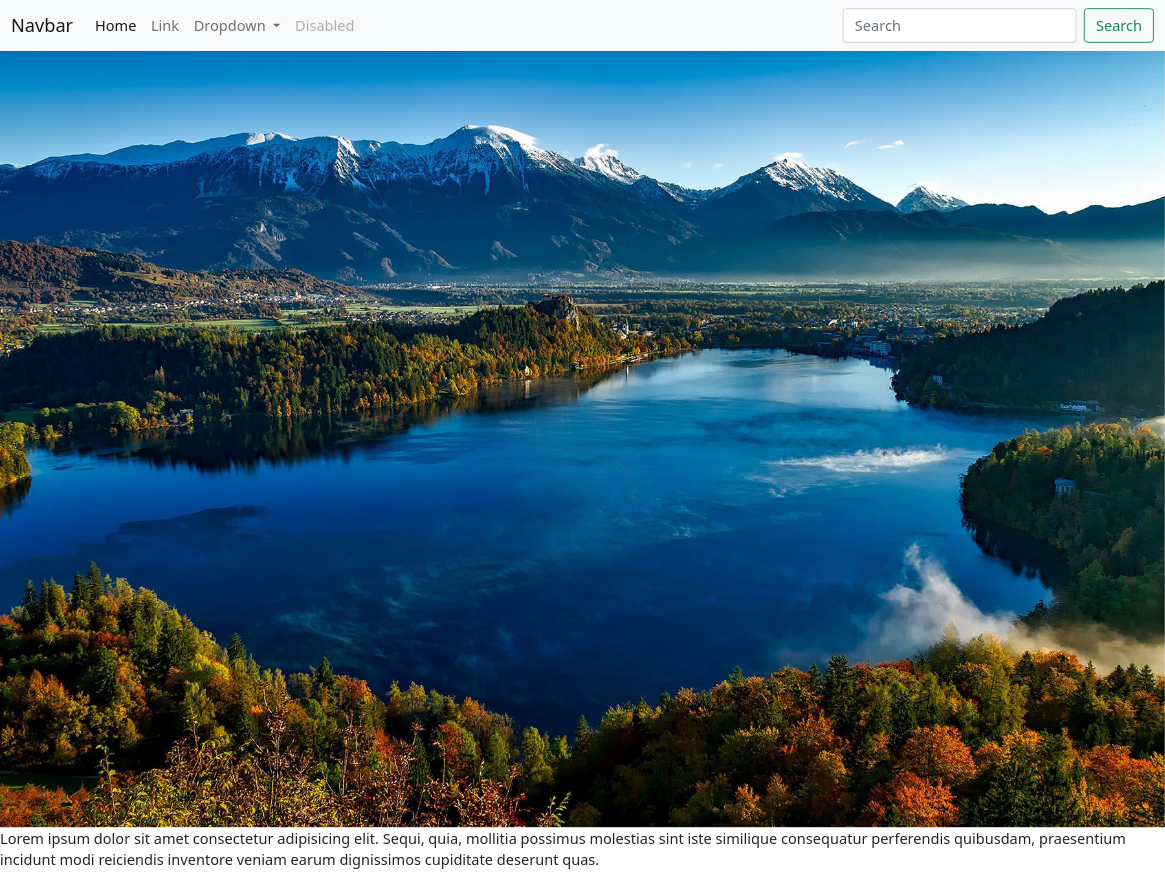
Repository: nptg3105/lab04-landing-page-boostrap5
Page: index.html
These files come from the project's save history. The page is drawn as it stood at one moment and after the next save; the edit follows.
The browser window is 1280 px wide. The pictures show the whole page, at 91% of full size.

Above is the page before, as saved 2021-12-17 06:07:30.

After the next save:
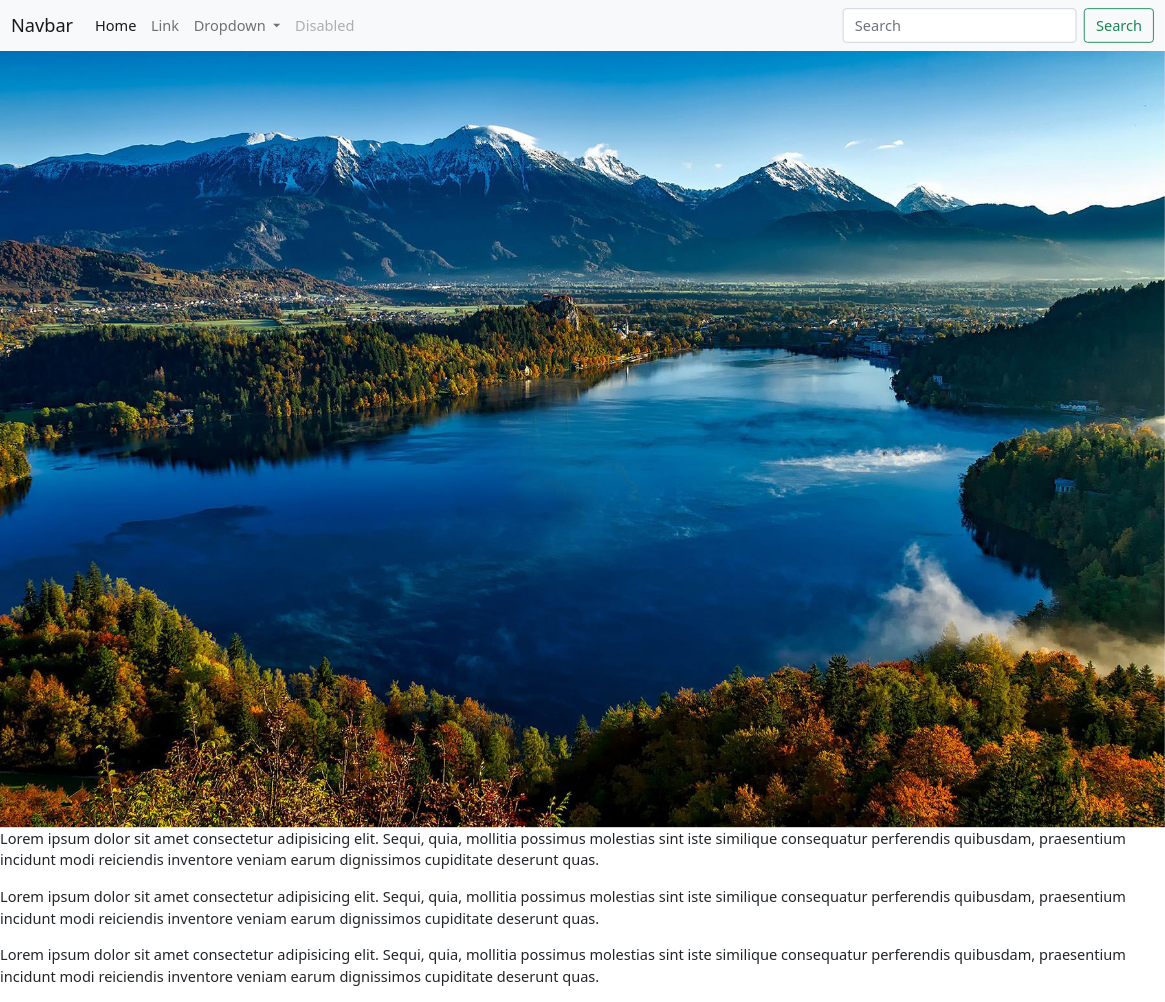
Saved 19 s later.
--- a/index.html
+++ b/index.html
@@ -85,6 +85,18 @@
       quibusdam, praesentium incidunt modi reiciendis inventore veniam earum
       dignissimos cupiditate deserunt quas.
     </p>
+    <p>
+      Lorem ipsum dolor sit amet consectetur adipisicing elit. Sequi, quia,
+      mollitia possimus molestias sint iste similique consequatur perferendis
+      quibusdam, praesentium incidunt modi reiciendis inventore veniam earum
+      dignissimos cupiditate deserunt quas.
+    </p>
+    <p>
+      Lorem ipsum dolor sit amet consectetur adipisicing elit. Sequi, quia,
+      mollitia possimus molestias sint iste similique consequatur perferendis
+      quibusdam, praesentium incidunt modi reiciendis inventore veniam earum
+      dignissimos cupiditate deserunt quas.
+    </p>
 
     <script
       src="https://cdn.jsdelivr.net/npm/bootstrap@5.1.3/dist/js/bootstrap.bundle.min.js"
